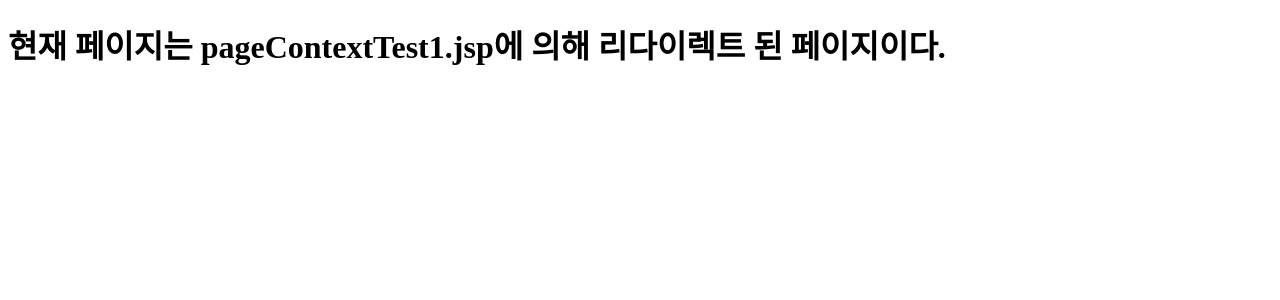
Repository: ss2ol/project
Page: http://localhost/ex1/pageContextTest2.jsp
An editor plug-in stored every save of this project. The page is shown before and after the next save, followed by the edit.
The browser window is 1280 px wide. The pictures show the whole page.
The page is served by Tomcat 9.

Above is the page before, as saved 2022-05-23 06:40:45.

After the next save:
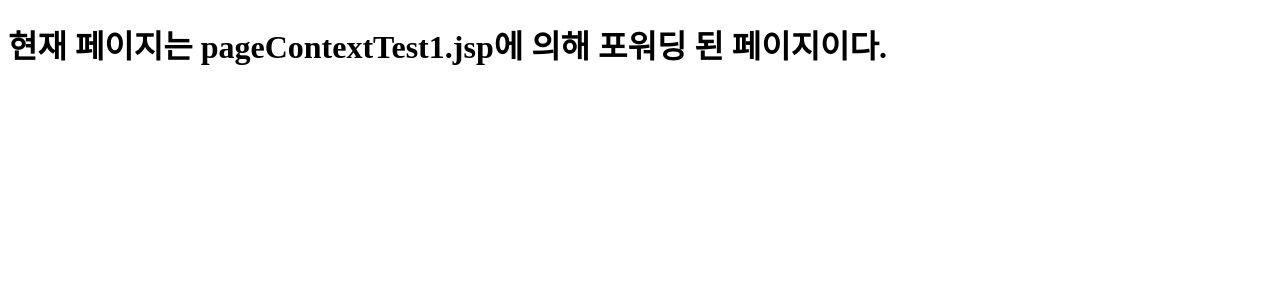
Saved 89 s later.
--- a/jsp_work/ex1/WebContent/pageContextTest2.jsp
+++ b/jsp_work/ex1/WebContent/pageContextTest2.jsp
@@ -7,6 +7,6 @@
 <title>Insert title here</title>
 </head>
 <body>
-<h1>현재 페이지는 pageContextTest1.jsp에 의해 리다이렉트 된 페이지이다.</h1>
+<h1>현재 페이지는 pageContextTest1.jsp에 의해 포워딩 된 페이지이다.</h1>
 </body>
 </html>
